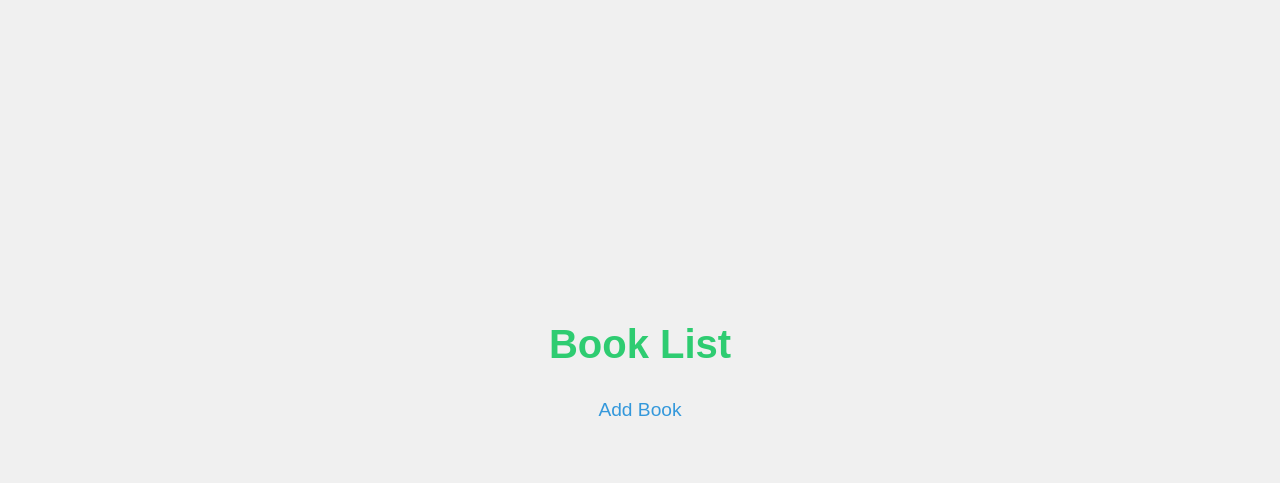
Repository: KanmegneTabouguie/librarymanagement
Page: / (app in frontend/library-frontend/)
The author's editor kept a copy of each file at every save. The page is drawn from the files as they stood at one save, then again after the next save.
The browser window is 1280 px wide. The pictures show the whole page.
The page's requests for data from a server got no answer. The project was rebuilt for these pictures with package versions that can differ from the ones it lists, and the page was loaded fresh each time. No one was signed in, and anything a server would have sent is missing. Also part of the build but not shown: frontend/library-frontend/vite.config.js, frontend/library-frontend/src/components/AddBook.jsx, frontend/library-frontend/src/components/UpdateBook.jsx, frontend/library-frontend/src/components/PublishBook.jsx.

Above is the page before, as saved 2024-02-24 14:44:49.

### frontend/library-frontend/src/App.jsx
// eslint-disable-next-line no-unused-vars
import React from 'react';
import { BrowserRouter as Router, Route, Routes } from 'react-router-dom';
import AddBook from './components/AddBook';
import UpdateBook from './components/UpdateBook';
import PublishBook from './components/PublishBook';
import BookList from './components/BookList'; // Import BookList component

function App() {
  return (
    <Router>
      <div className="App">
        <Routes>
        <Route path="/" element={<BookList />} /> {/* Display BookList component at the root route */}
          <Route path="/add" element={<AddBook />} />
          <Route path="/update/:id" element={<UpdateBook />} />
          <Route path="/publish/:id" element={<PublishBook />} />
        </Routes>
      </div>
    </Router>
  );
}

export default App;

### frontend/library-frontend/src/components/BookList.jsx
// src/components/BookList.js
// eslint-disable-next-line no-unused-vars
import React, { useState, useEffect } from 'react';
import axios from 'axios';
import { Link } from 'react-router-dom';
import BookListStyles from './BookListStyles';

const BookList = () => {
  const [books, setBooks] = useState([]);

  useEffect(() => {
    axios.get('http://localhost:3017/books')
      .then(response => setBooks(response.data))
      .catch(error => console.error('Error fetching books:', error));
  }, []);

  const handleDeleteBook = async (bookId) => {
    try {
      await axios.delete(`http://localhost:3017/books/${bookId}`);
      console.log('Book deleted');
      // Update the state to reflect the deletion
      setBooks(prevBooks => prevBooks.filter(book => book._id !== bookId));
    } catch (error) {
      console.error('Error deleting book:', error);
    }
  };

  return (
    <div style={BookListStyles.container}>
      <h1 style={BookListStyles.headingStyle}>Book List</h1>
      <Link to="/add" style={BookListStyles.actionLinkStyle}>Add Book</Link>
      <div style={BookListStyles.bookContainer}>
        {books.map(book => (
          <div key={book._id} style={{ ...BookListStyles.bookStyle, backgroundColor: getRandomColor() }}>
            <h3 style={BookListStyles.titleStyle}>{book.title}</h3>
            <p style={BookListStyles.authorStyle}>Author: {book.author}</p>
            <p>Availability: {book.available ? 'Available' : 'Not Available'}</p> {/* Display availability status */}
            <div style={BookListStyles.buttonContainer}>
              <Link to={`/update/${book._id}`} style={BookListStyles.updateLinkStyle}>Update</Link>
              <button onClick={() => handleDeleteBook(book._id)} style={BookListStyles.deleteButtonStyle}>Delete</button>
              <Link to={`/publish/${book._id}`} style={BookListStyles.publishLinkStyle}>Publish</Link>
            </div>
          </div>
        ))}
      </div>
    </div>
  );
};

// Function to generate a random color
const getRandomColor = () => {
  const letters = '456789ABCDEF';
  let color = '#';
  for (let i = 0; i < 6; i++) {
    color += letters[Math.floor(Math.random() * 10)];
  }
  return color;
};

export default BookList;

### frontend/library-frontend/src/components/AddBook.css
/* AddBook.css */

body {
    margin: 0;
    padding: 0;
    font-family: 'Arial', sans-serif;
    background-color: #f0f0f0;
    display: flex;
    align-items: center;
    justify-content: center;
    height: 100vh;
  }

  .page-container {
    display: flex;
    flex-direction: column;
    align-items: center;
  }

  .form-container {
    background-color: #fff;
    padding: 20px;
    border-radius: 10px;
    box-shadow: 0 0 20px rgba(0, 0, 0, 0.1);
    margin-bottom: 20px;
  }

  h1 {
    color: #333;
    text-align: center;
    margin-bottom: 20px;
  }

  label {
    display: block;
    margin-bottom: 10px;
    color: #555;
  }

  input {
    width: 100%;
    padding: 10px;
    margin-bottom: 15px;
    box-sizing: border-box;
  }

  .add-book-button {
    width: 100%;
    padding: 12px;
    background-color: #3498db;
    color: #fff;
    border: none;
    border-radius: 5px;
    cursor: pointer;
    font-size: 16px;
    transition: background-color 0.3s ease-in-out;
  }

  .add-book-button:hover {
    background-color: #2980b9;
  }

  .modal-overlay {
    position: fixed;
    top: 0;
    left: 0;
    width: 100%;
    height: 100%;
    background: rgba(0, 0, 0, 0.5);
    display: flex;
    align-items: center;
    justify-content: center;
  }

  .modal {
    background: linear-gradient(135deg, #3498db, #8e44ad);
    padding: 20px;
    border-radius: 10px;
    text-align: center;
    box-shadow: 0 4px 8px rgba(0, 0, 0, 0.2);
    color: #fff;
  }

  .modal p {
    font-size: 18px;
    margin-bottom: 20px;
  }

  .modal button {
    padding: 10px 20px;
    background-color: #2ecc71;
    color: #fff;
    border: none;
    border-radius: 5px;
    cursor: pointer;
    font-size: 16px;
    transition: background-color 0.3s ease-in-out;
  }

  .modal button:hover {
    background-color: #27ae60;
  }

### frontend/library-frontend/src/components/BookListStyles.js
// BookListStyles.js
const BookListStyles = {
  container: {
    textAlign: 'center',
    padding: '20px',
  },

  headingStyle: {
    fontSize: '2.5em',
    color: '#2ecc71',
    fontWeight: '700',
    marginBottom: '20px',
  },

  bookContainer: {
    display: 'flex',
    flexWrap: 'wrap',
  },

  bookStyle: {
    border: '1px solid #ecf0f1',
    margin: '10px',
    padding: '15px',
    width: '200px',
    borderRadius: '10px',
    boxShadow: '0px 6px 12px rgba(0, 0, 0, 0.1)',
    transition: 'transform 0.3s ease-in-out, box-shadow 0.3s ease-in-out',
    cursor: 'pointer',
    transformOrigin: 'center bottom',
    overflow: 'hidden',
  },

  titleStyle: {
    fontSize: '1.8em',
    marginBottom: '10px',
    color: '#34495e',
  },

  authorStyle: {
    fontSize: '1.2em',
    color: '#7f8c8d',
  },

  buttonContainer: {
    display: 'flex',
    justifyContent: 'space-between',
    marginTop: '15px',
  },

  actionLinkStyle: {
    textDecoration: 'none',
    color: '#3498db',
    fontSize: '1.2em',
    marginTop: '30px',
    display: 'block',
  },

  updateLinkStyle: {
    textDecoration: 'none',
    color: '#e74c3c',
    fontSize: '1em',
  },

  deleteButtonStyle: {
    backgroundColor: '#e74c3c',
    color: 'white',
    border: 'none',
    padding: '8px 15px',
    borderRadius: '5px',
    cursor: 'pointer',
    fontSize: '1em',
    transition: 'background-color 0.3s ease-in-out',
  },

  publishLinkStyle: {
    textDecoration: 'none',
    color: '#f39c12',
    fontSize: '1em',
  },
};

export default BookListStyles;

Loaded but not shown: frontend/library-frontend/index.html (common file); frontend/library-frontend/src/main.jsx (common file); frontend/library-frontend/src/index.css (common file)

After the next save:
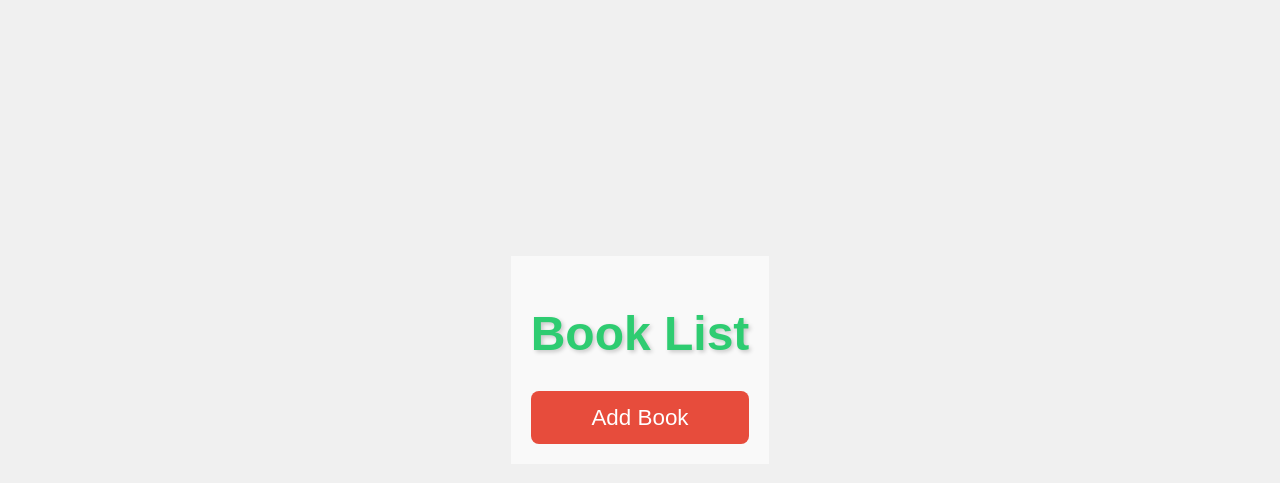
Saved 2 min 47 s later.
--- a/frontend/library-frontend/src/components/BookListStyles.js
+++ b/frontend/library-frontend/src/components/BookListStyles.js
@@ -3,79 +3,98 @@ const BookListStyles = {
   container: {
     textAlign: 'center',
     padding: '20px',
+    backgroundColor: '#f9f9f9',
   },
 
   headingStyle: {
-    fontSize: '2.5em',
+    fontSize: '3em',
     color: '#2ecc71',
     fontWeight: '700',
-    marginBottom: '20px',
+    marginBottom: '30px',
+    textShadow: '2px 2px 4px rgba(0, 0, 0, 0.2)',
   },
 
   bookContainer: {
     display: 'flex',
     flexWrap: 'wrap',
+    justifyContent: 'center',
   },
 
   bookStyle: {
     border: '1px solid #ecf0f1',
-    margin: '10px',
-    padding: '15px',
-    width: '200px',
-    borderRadius: '10px',
-    boxShadow: '0px 6px 12px rgba(0, 0, 0, 0.1)',
+    margin: '15px',
+    padding: '20px',
+    width: '250px',
+    borderRadius: '15px',
+    boxShadow: '0px 8px 16px rgba(0, 0, 0, 0.1)',
     transition: 'transform 0.3s ease-in-out, box-shadow 0.3s ease-in-out',
     cursor: 'pointer',
-    transformOrigin: 'center bottom',
     overflow: 'hidden',
+    background: 'linear-gradient(to bottom right, #3498db, #2ecc71)',
+    color: 'white',
   },
 
   titleStyle: {
     fontSize: '1.8em',
-    marginBottom: '10px',
-    color: '#34495e',
+    marginBottom: '15px',
+    color: '#fff',
+    textShadow: '1px 1px 2px rgba(0, 0, 0, 0.8)',
   },
 
   authorStyle: {
     fontSize: '1.2em',
-    color: '#7f8c8d',
+    color: '#ecf0f1',
+    marginBottom: '10px',
+  },
+
+  availabilityStyle: {
+    fontSize: '1.2em',
+    color: '#ecf0f1',
   },
 
   buttonContainer: {
     display: 'flex',
     justifyContent: 'space-between',
-    marginTop: '15px',
+    marginTop: '20px',
   },
 
   actionLinkStyle: {
     textDecoration: 'none',
-    color: '#3498db',
-    fontSize: '1.2em',
-    marginTop: '30px',
+    color: '#fff',
+    fontSize: '1.4em',
+    marginTop: '20px',
     display: 'block',
+    background: '#e74c3c',
+    padding: '10px 15px',
+    borderRadius: '8px',
+    transition: 'background 0.3s ease-in-out',
   },
 
   updateLinkStyle: {
     textDecoration: 'none',
     color: '#e74c3c',
-    fontSize: '1em',
+    fontSize: '1.2em',
+    marginTop: '15px',
+    display: 'block',
   },
 
   deleteButtonStyle: {
     backgroundColor: '#e74c3c',
     color: 'white',
     border: 'none',
-    padding: '8px 15px',
-    borderRadius: '5px',
+    padding: '10px 15px',
+    borderRadius: '8px',
     cursor: 'pointer',
-    fontSize: '1em',
+    fontSize: '1.2em',
     transition: 'background-color 0.3s ease-in-out',
   },
 
   publishLinkStyle: {
     textDecoration: 'none',
     color: '#f39c12',
-    fontSize: '1em',
+    fontSize: '1.2em',
+    marginTop: '15px',
+    display: 'block',
   },
 };
 
